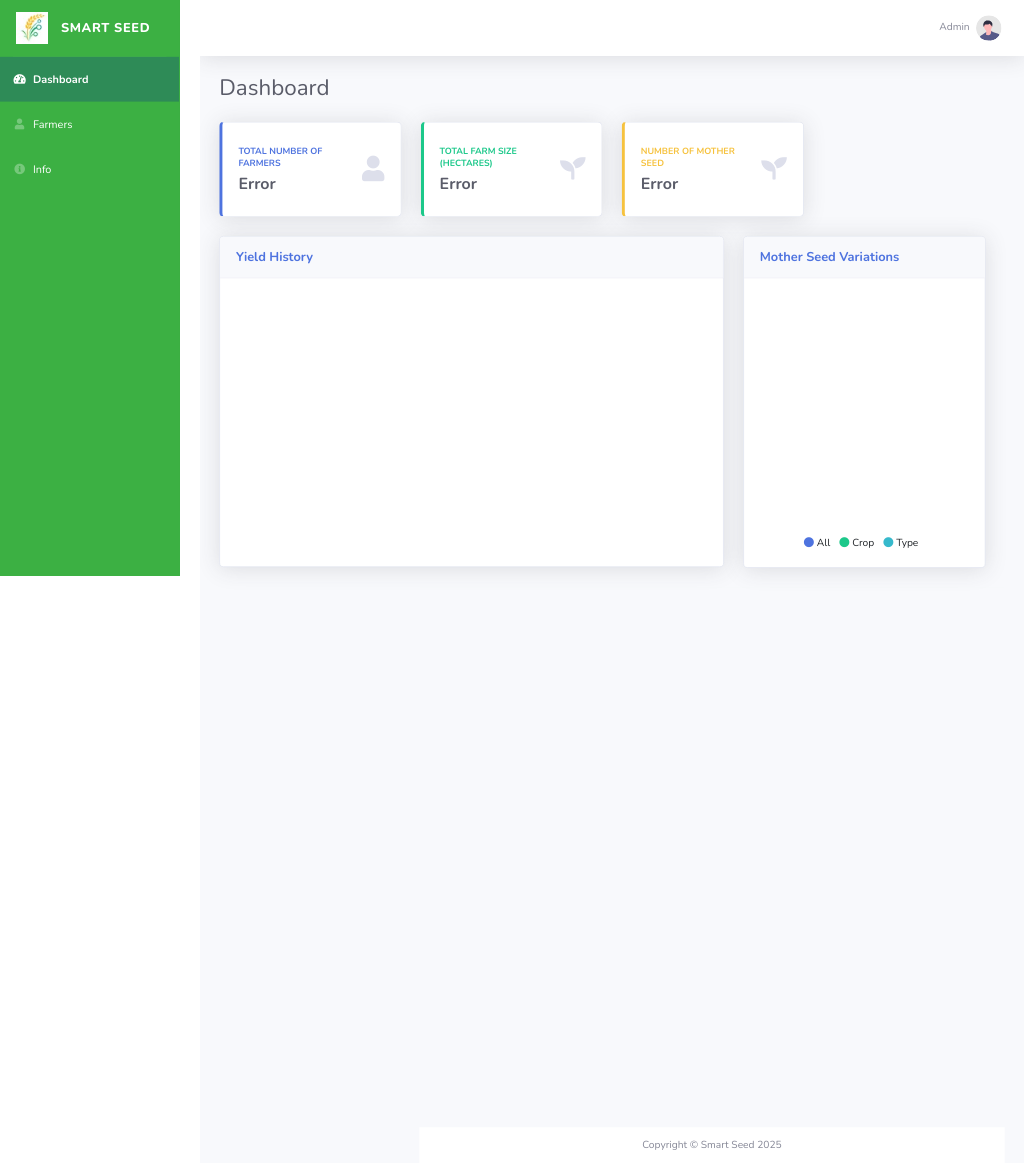
Repository: IFoundGeorge/Smart-Seed-v8-master
Page: src/guest/index.html
An editor plug-in stored every save of this project. The page is shown before and after the next save, followed by the edit.
The browser window is 1280 px wide. The pictures show the whole page, at 80% of full size.
The page's requests for data from a server got no answer. Some web libraries are served in a nearby version.

Above is the page before, as saved 2025-03-19 02:56:33.

After the next save:
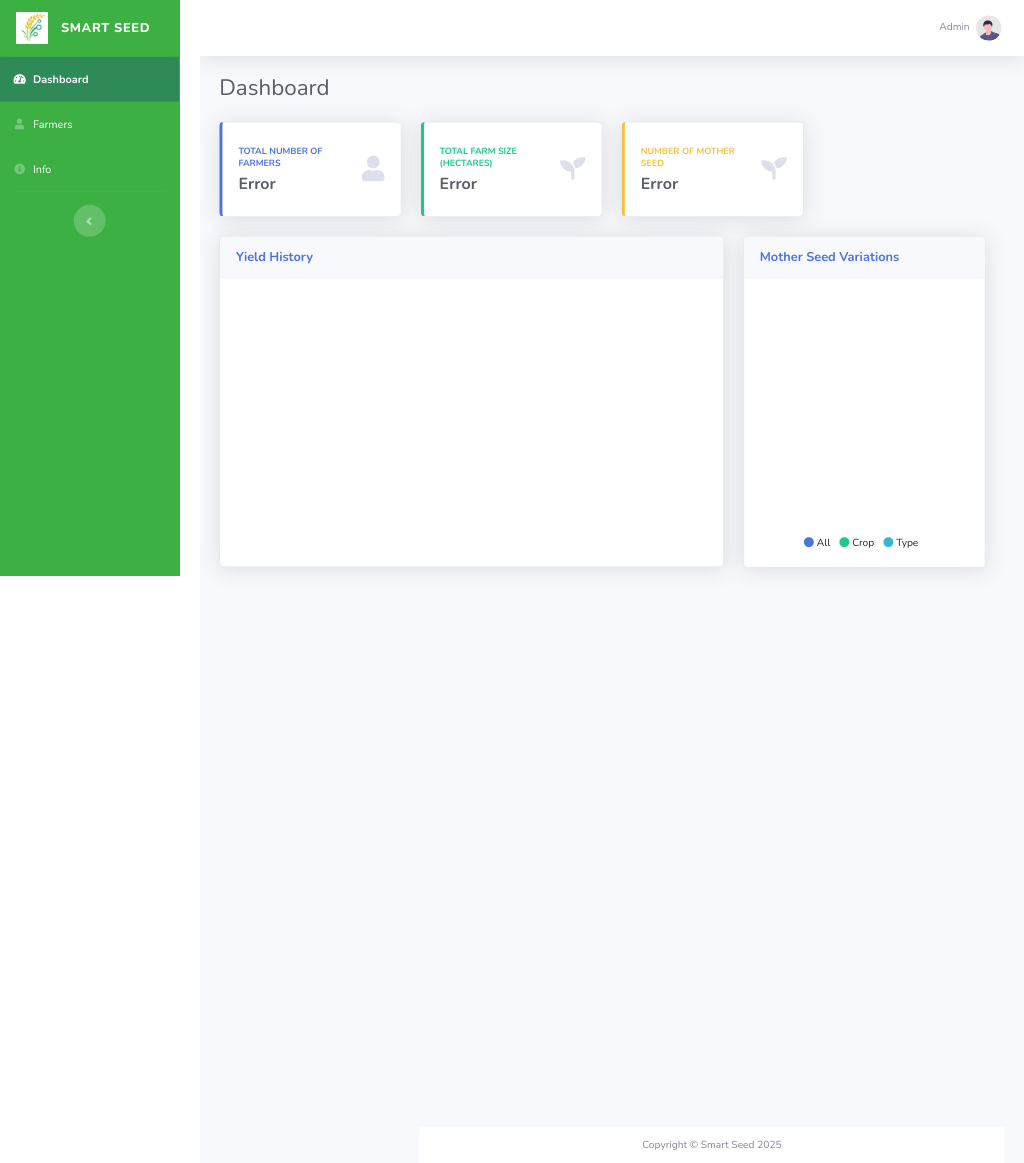
Saved 2 min 2 s later.
--- a/src/guest/index.html
+++ b/src/guest/index.html
@@ -155,6 +155,14 @@
                     <span>Info</span>
                 </a>
             </li>
+
+            <!-- Divider -->
+            <hr class="sidebar-divider d-none d-md-block">
+
+            <!-- Sidebar Toggler (Sidebar) -->
+            <div class="text-center d-none d-md-inline">
+                <button class="rounded-circle border-0" id="sidebarToggle"></button>
+            </div>
         </ul>
 
         <!-- End of Sidebar -->
